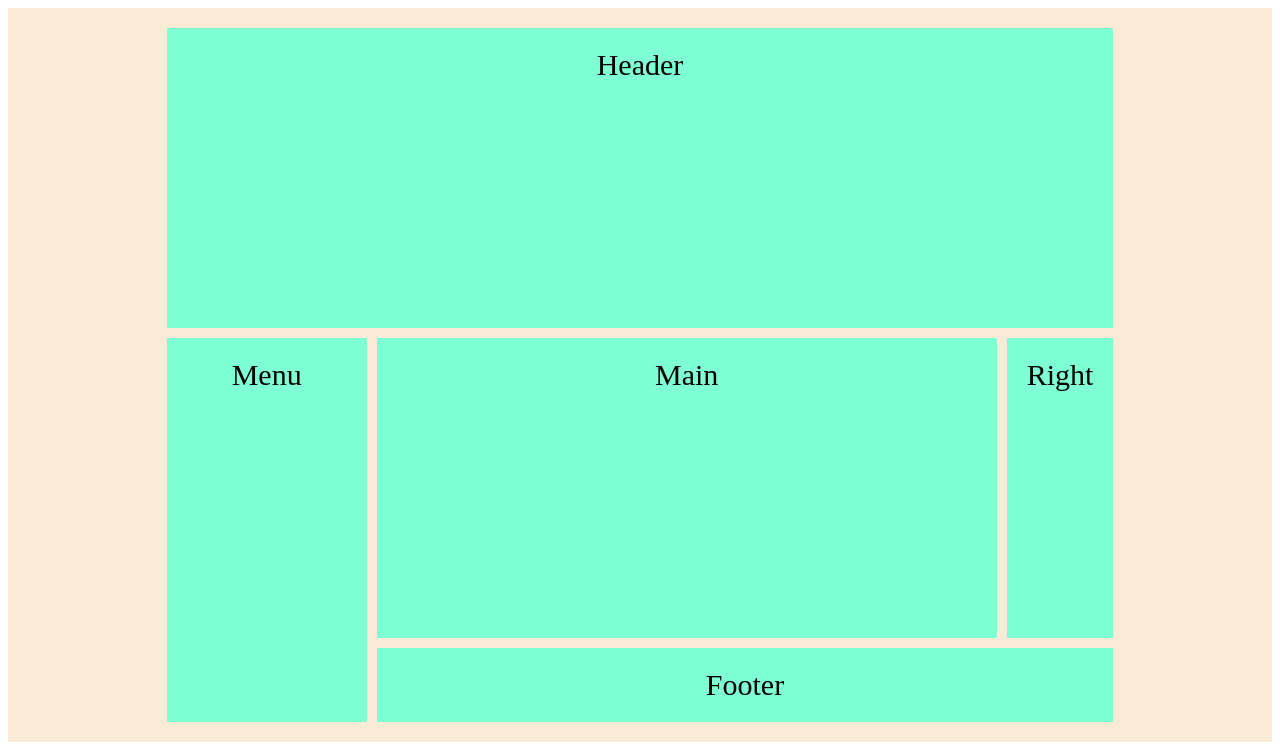
Repository: Thonghehe/Lab1_WEB106
Page: index11.html
The author's editor kept a copy of each file at every save. The page is drawn from the files as they stood at one save, then again after the next save.
The browser window is 1280 px wide. The pictures show the whole page.

Above is the page before, as saved 2024-03-05 17:41:59.

After the next save:
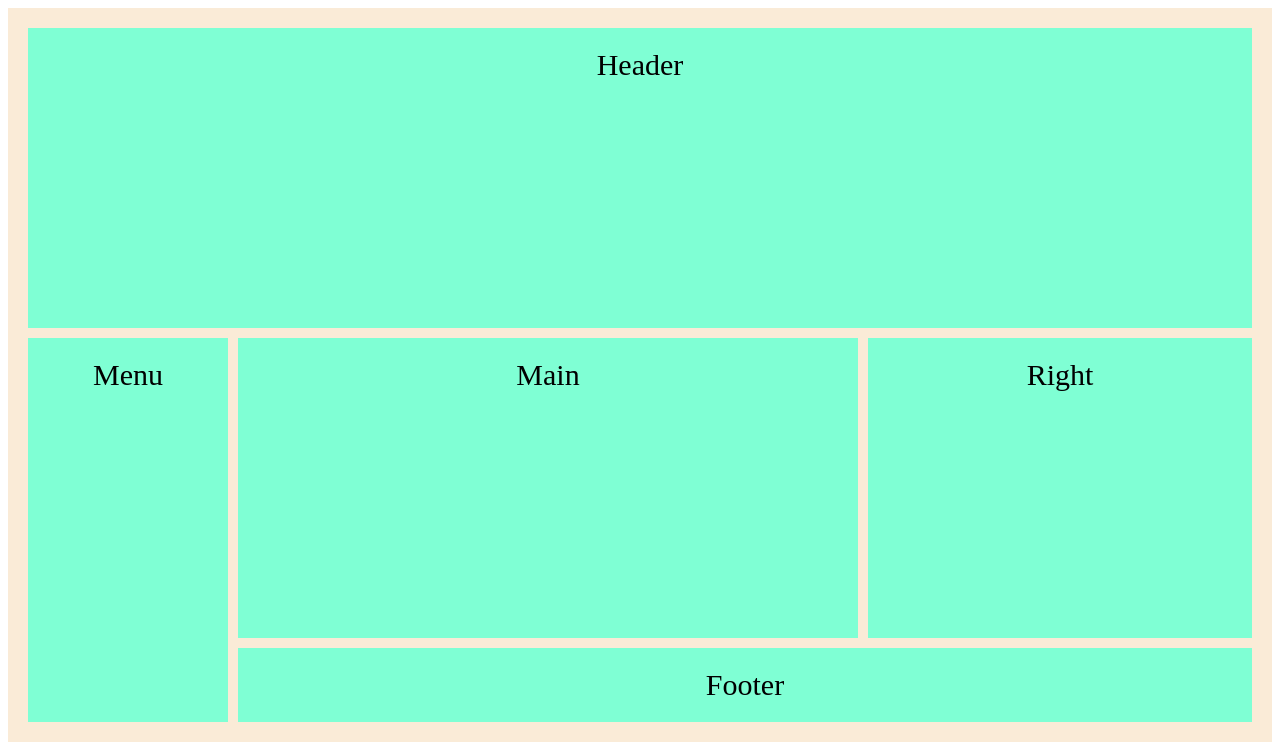
Saved 11 s later.
--- a/style.css
+++ b/style.css
@@ -29,7 +29,7 @@
     background-color: antiquewhite;
     grid-template-columns: 200px 200px 200px 200px;
     grid-template-rows: 300px 300px;
-    justify-content: center;
+    /* justify-content: center; */
     align-content: center;
 
 }
